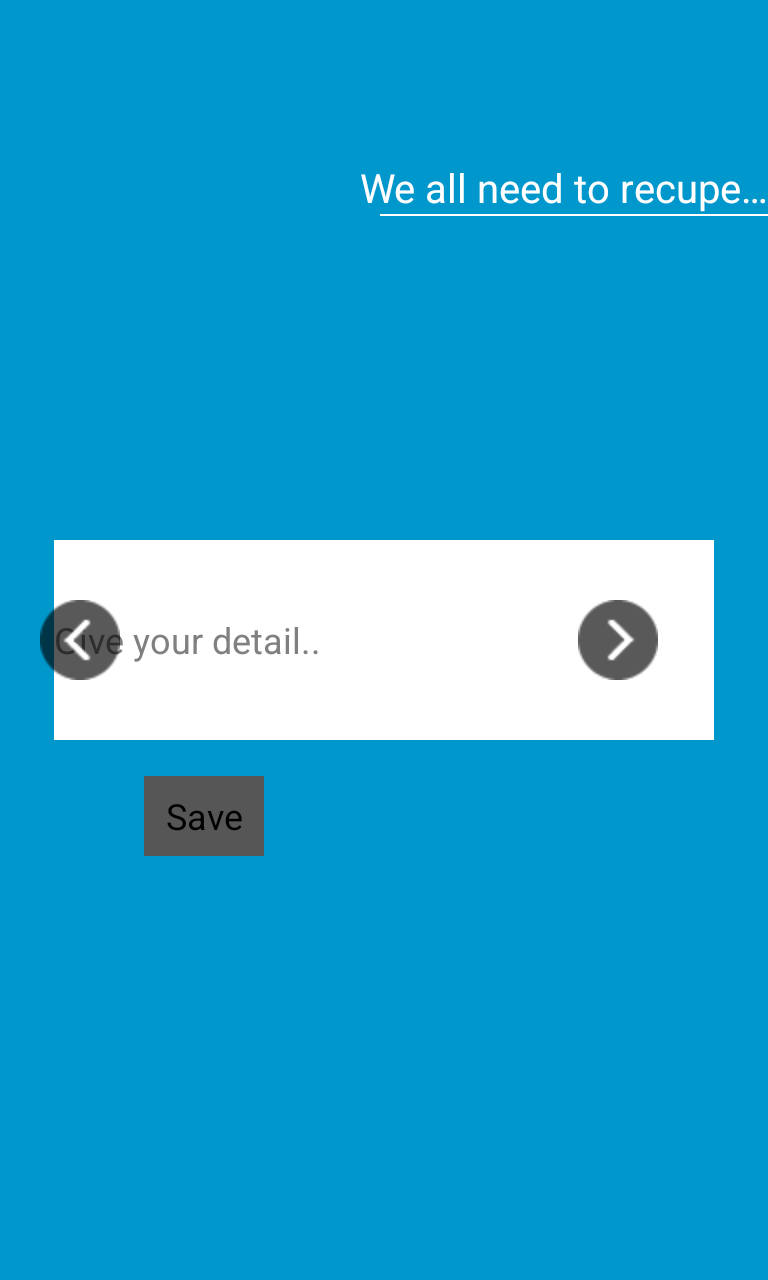
Repository: nanoweb12/GoodFeetAppNew
Layout: GoodFeetapp/res/layout/recuperate.xml
An editor plug-in stored every save of this project. The layout is shown before and after the next save, followed by the edit.
It is drawn on a 768 x 1280 px phone screen (xhdpi) without system bars, with theme MyTheme; the app's code is not run.

Above is the layout before, as saved 2015-02-17 13:22:45.

After the next save:
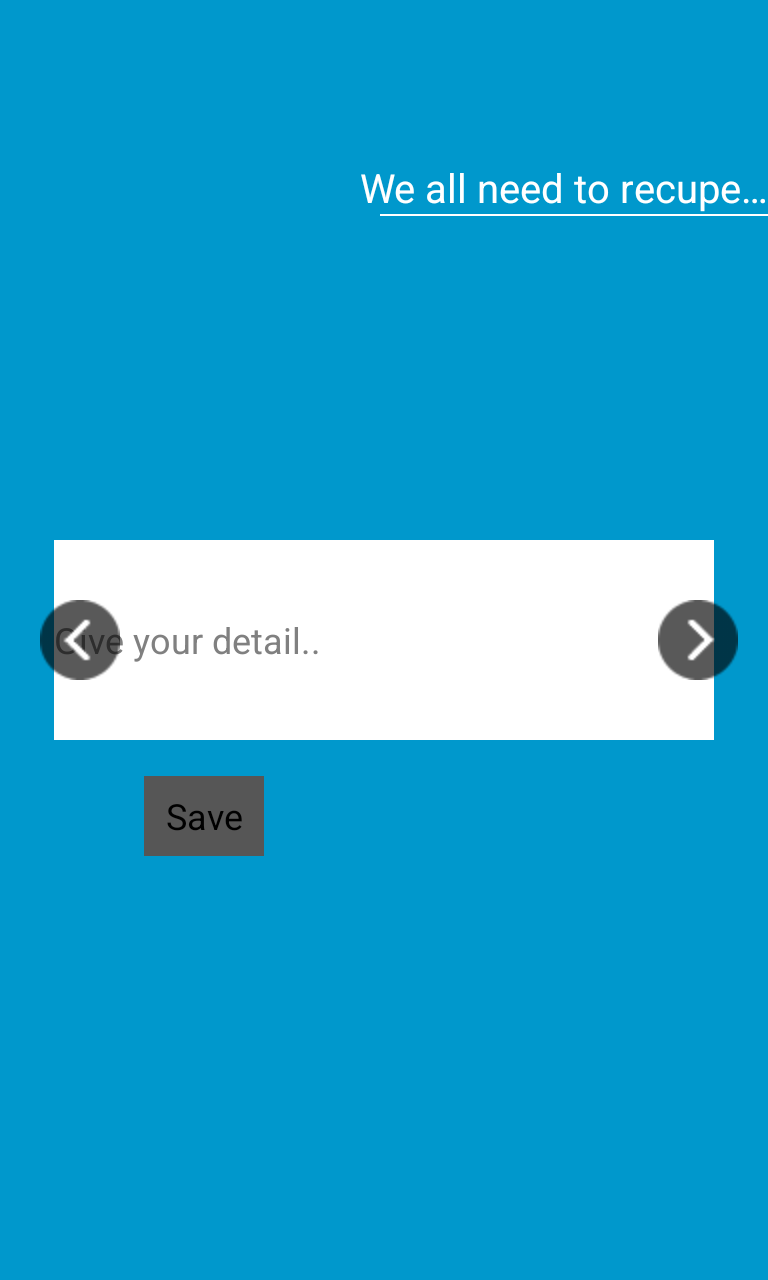
Saved 81 s later.
--- a/GoodFeetapp/res/layout/recuperate.xml
+++ b/GoodFeetapp/res/layout/recuperate.xml
@@ -77,7 +77,7 @@
         android:layout_height="wrap_content"
         android:layout_alignParentRight="true"
         android:layout_centerVertical="true"
-        android:layout_marginRight="50dp"
+        android:layout_marginRight="10dp"
         android:src="@drawable/right_arrow" />
 
 </RelativeLayout>
